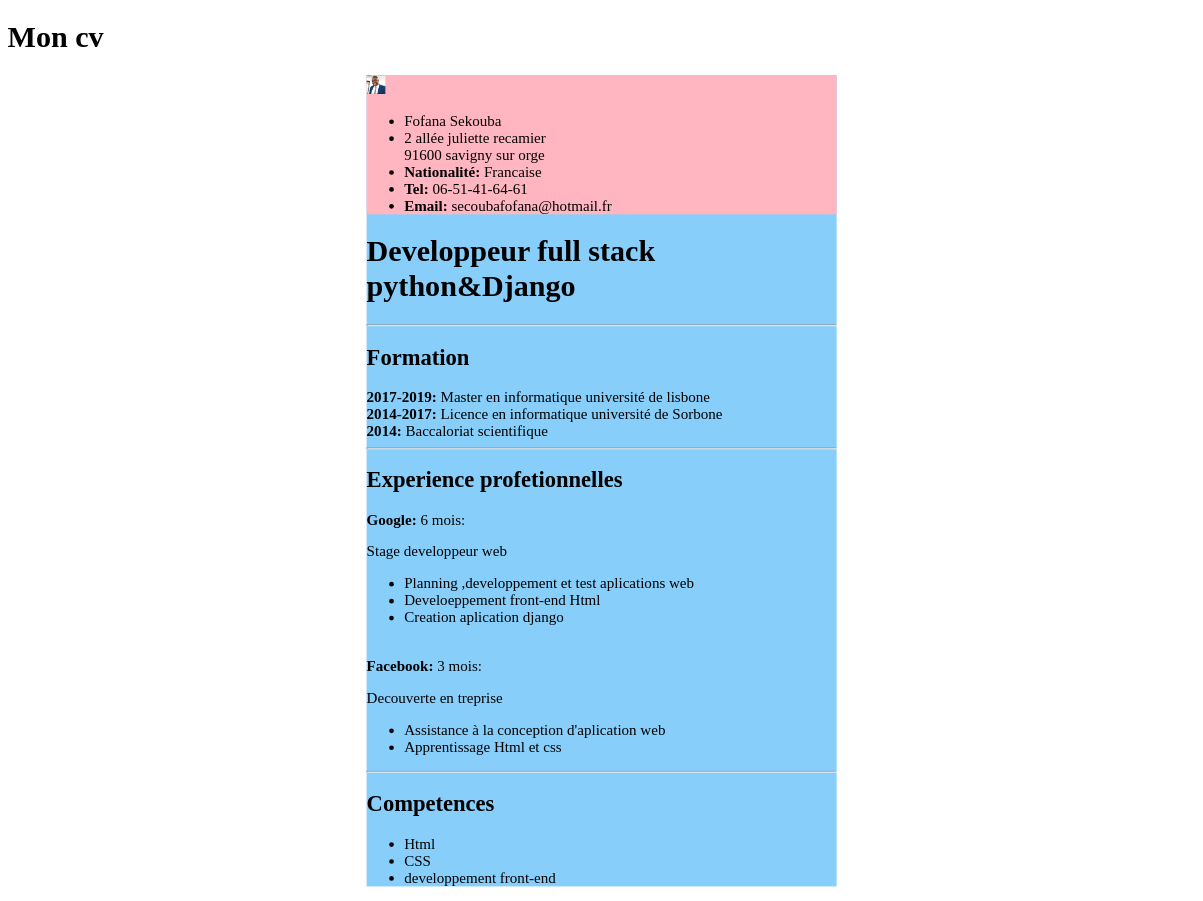
Repository: lamdakara/cv-html
Page: index.html
An editor plug-in stored every save of this project. The page is shown before and after the next save, followed by the edit.
The browser window is 1280 px wide. The pictures show the whole page, at 94% of full size.
Some web libraries are served in a nearby version.

Above is the page before, as saved 2023-08-26 13:40:52.

After the next save:
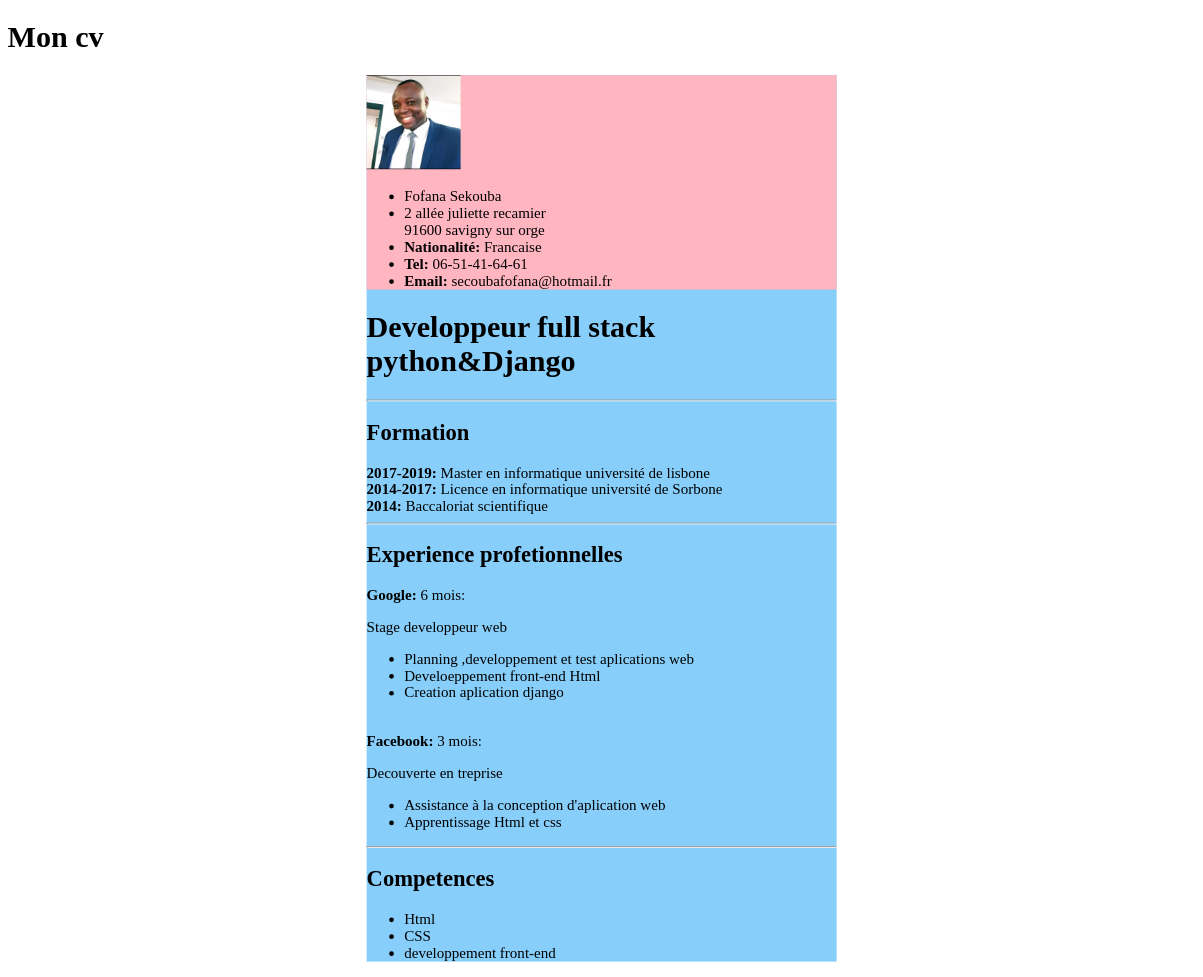
Saved 54 s later.
--- a/css/style.css
+++ b/css/style.css
@@ -8,6 +8,6 @@
     background-color:lightpink;
 }
 img{
-    width: 20px;
-    height: 20px;
+    width: 100px;
+    height: 100px;
 }
